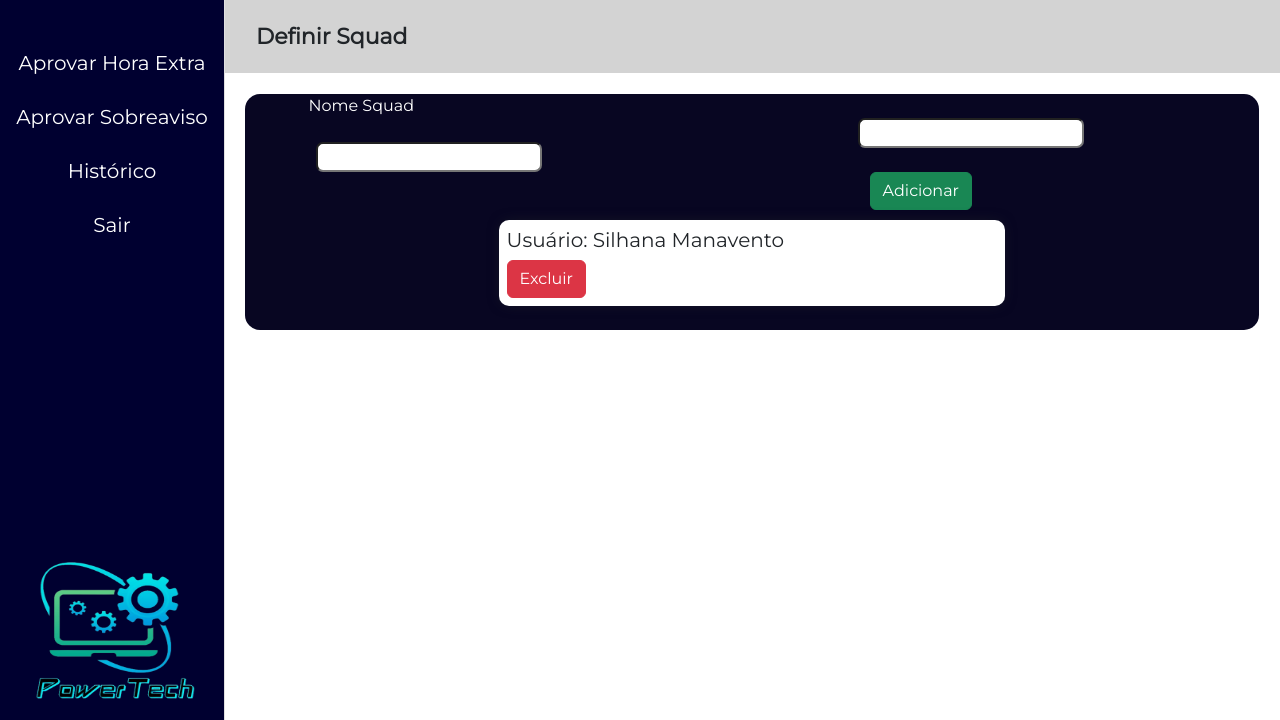
Repository: PowerTech-Fatec/API-2RP-NET
Page: /adm/squad (app in Sprint 3/2rp-web/)
These files come from the project's save history. The page is drawn as it stood at one moment and after the next save; the edit follows.
The browser window is 1280 px wide. The pictures show the whole page.
The project was rebuilt for these pictures with package versions that can differ from the ones it lists, and the page was loaded fresh each time. Also part of the build but not shown: Sprint 3/2rp-web/src/pages/login/login.js, Sprint 3/2rp-web/src/pages/home/dashboard.js, Sprint 3/2rp-web/src/pages/home/sobreaviso/sobreaviso.css, Sprint 3/2rp-web/src/pages/home/sobreaviso/sobreaviso.js, Sprint 3/2rp-web/src/pages/home/hora-extra/hora-extra.css, Sprint 3/2rp-web/src/pages/home/hora-extra/hora-extra.js, Sprint 3/2rp-web/src/components/cards/Cards.js, Sprint 3/2rp-web/src/pages/home/gestor/aprovar-hora-extra/gestor.js and 3 more.

Above is the page before, as saved 2022-11-02 16:53:18.

After the next save:
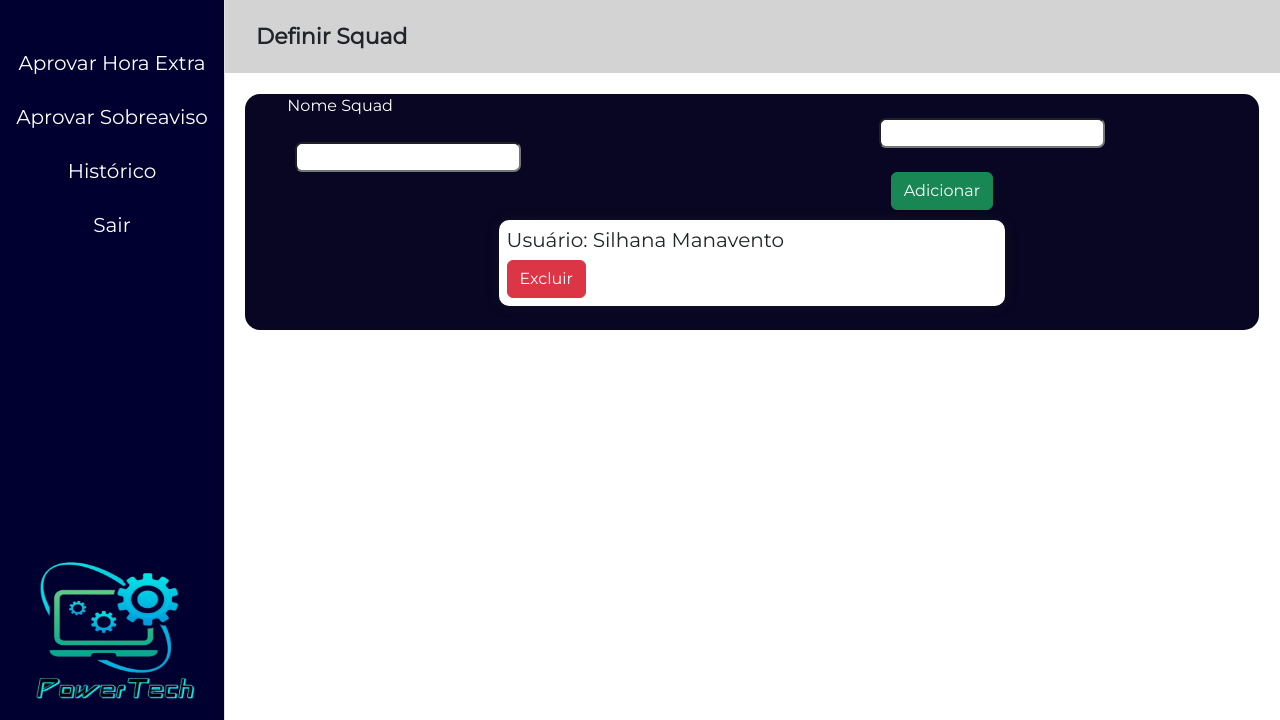
Saved 9 s later.
--- a/Sprint 3/2rp-web/src/pages/home/adm/squad/def-squad.js
+++ b/Sprint 3/2rp-web/src/pages/home/adm/squad/def-squad.js
@@ -25,7 +25,7 @@ function Squad() {
 
 
 
-            <div className="col-4 offset-1">
+            <div className="col-4 offset-2">
             <span>
             <input className="squad-name mt-4 mb-4"></input><button type="button" class="btn btn-success ml-3">Adicionar</button>
             </span>
